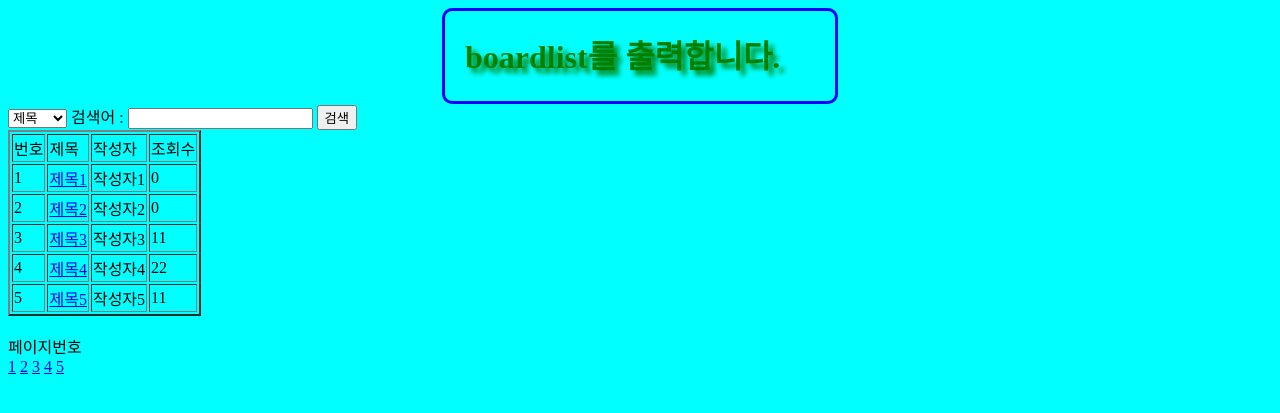
Repository: Pang-Ho/TIL
Page: JavaScript/workspace_web/htmltest/WebContent/boardlist.html
These files come from the project's save history. The page is drawn as it stood at one moment and after the next save; the edit follows.
The browser window is 1280 px wide. The pictures show the whole page.

Above is the page before, as saved 2021-08-20 08:38:51.

After the next save:
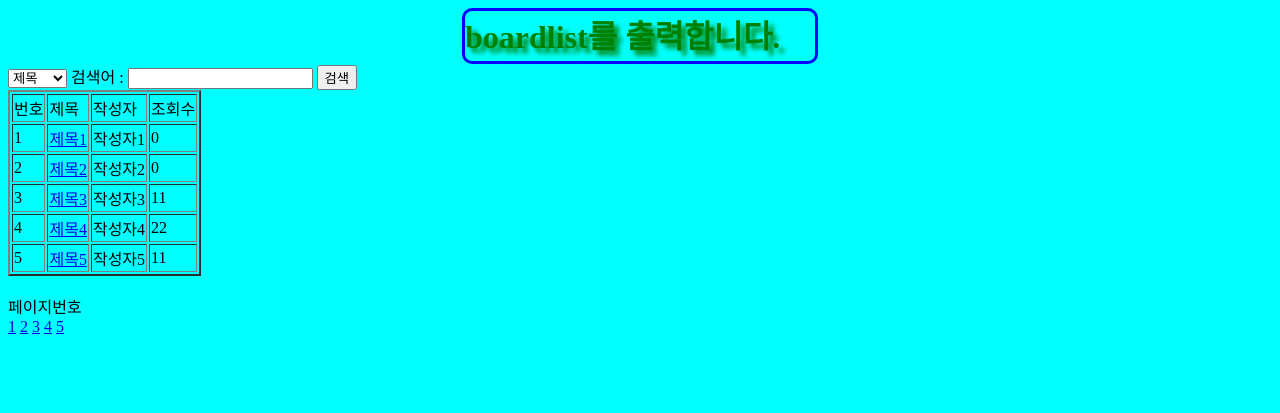
Saved 10 s later.
--- a/JavaScript/workspace_web/htmltest/WebContent/boardlist.html
+++ b/JavaScript/workspace_web/htmltest/WebContent/boardlist.html
@@ -13,7 +13,6 @@
 	margin:auto;
 	text-shadow : 5px 5px 5px green;
 	height : 50px;
-	padding : 20px;
 	border : solid blue;
 	border-radius: 10px 10px 10px 10px;
 	}
